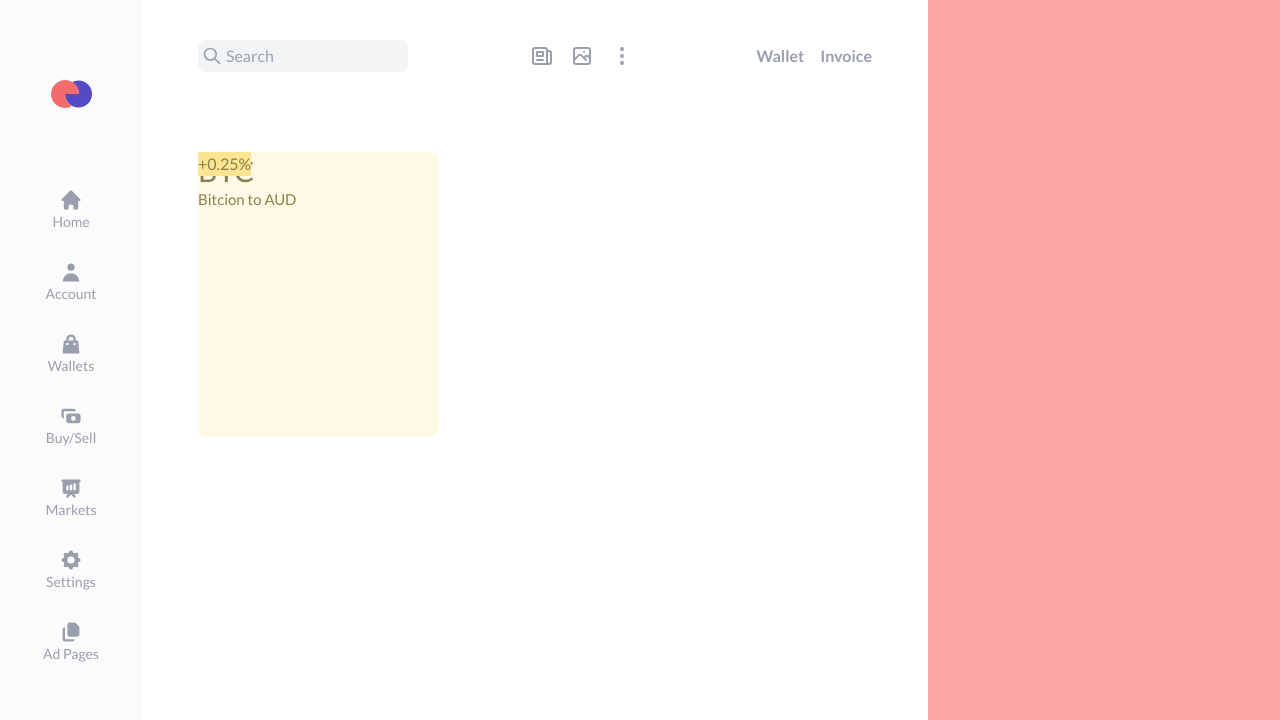
Repository: almaqdad55/crypto-app-nextjs
Page: /
An editor plug-in stored every save of this project. The page is shown before and after the next save, followed by the edit.
The browser window is 1280 px wide. The pictures show the whole page.
The project was rebuilt for these pictures with package versions that can differ from the ones it lists, and the page was loaded fresh each time. The framework's server and built-in components were replaced by stand-ins that run in the browser.

Above is the page before, as saved 2022-01-04 20:38:52.

### pages/index.js
import Head from 'next/head';
import Sidebar from '../components/Sidebar';
import Feed from '../components/Feed';
import Widget from '../components/Widget';

export default function Home() {
  return (
    <div className="">
      <Head>
        <title>Crypto Trade</title>
        <link rel="icon" href="/logo.svg" />
      </Head>

      <main className="flex">
        <Sidebar />
        <Feed />
        <Widget />
      </main>
    </div>
  );
}

### styles/globals.css
@import url('https://fonts.googleapis.com/css2?family=Lato:wght@300;400;700&display=swap');

@tailwind base;
@tailwind components;
@tailwind utilities;

@layer base {
  body {
    @apply bg-white font-Lato;
  }
}

@layer components {
  .icon-group {
    @apply flex flex-col  items-center text-sm cursor-pointer text-[#9A9FAD] hover:text-[#544AC3] transition duration-200;
  }
}

### components/Sidebar.jsx
import {
  HomeIcon,
  UserIcon,
  CashIcon,
  ShoppingBagIcon,
  PresentationChartBarIcon,
  CogIcon,
  DocumentDuplicateIcon,
} from '@heroicons/react/solid';

const Sidebar = () => {
  return (
    <div className="flex flex-col items-center  h-screen w-[142px]  bg-[#fbfbfb] ">
      <div className="mt-20">
        <img src="/logo.svg" alt="" />
      </div>
      <div className="mb-40 mt-20 flex flex-col space-y-7">
        <div className="icon-group group">
          <HomeIcon className="h-6 " />
          <span className="">Home</span>
        </div>
        <div className="icon-group group">
          <UserIcon className="h-6 " />
          <span className="">Account</span>
        </div>
        <div className="icon-group group">
          <ShoppingBagIcon className="h-6 " />
          <span className="">Wallets</span>
        </div>
        <div className="icon-group group ">
          <CashIcon className="h-6 " />
          <span className="">Buy/Sell</span>
        </div>
        <div className="icon-group group">
          <PresentationChartBarIcon className="h-6 " />
          <span className="">Markets</span>
        </div>
        <div className="icon-group group">
          <CogIcon className="h-6 " />
          <span className="">Settings</span>
        </div>
        <div className="icon-group group">
          <DocumentDuplicateIcon className="h-6 " />
          <span className="">Ad Pages</span>
        </div>
      </div>
    </div>
  );
};

export default Sidebar;

### components/Feed.jsx
import {
  DotsVerticalIcon,
  PhotographIcon,
  NewspaperIcon,
  SearchIcon,
} from '@heroicons/react/outline';

import Card from './Card';

// import { SearchIcon } from '@heroicons/react/solid';
const Feed = () => {
  return (
    <div className=" flex-grow  bg-white px-14 py-10 space-y-20">
      {/* Top Menu */}
      <div className="flex items-center  justify-between ">
        <div className="flex items-center bg-[#F2F4F5] rounded-lg p-1 space-x-1">
          <SearchIcon className="h-5 text-[#9A9FAD]" />
          <input
            type="text"
            placeholder={`Search`}
            className="outline-none bg-[#F2F4F5]"
          />
        </div>
        <div className="flex space-x-4 text-[#9A9FAD] ">
          <NewspaperIcon className="h-6 " />
          <PhotographIcon className="h-6 " />
          <DotsVerticalIcon className="h-6 " />
        </div>
        <div className="flex text-[16px] font-bold space-x-4 text-[#9A9FAD]  ">
          <p className="">Wallet</p>
          <p className="">Invoice</p>
        </div>
      </div>

      {/* Cards Display */}
      <div>
        <Card />
      </div>
    </div>
  );
};

export default Feed;

### components/Widget.jsx
const Widget = () => {
  return <div className="bg-red-300 min-w-[352px]"></div>;
};

export default Widget;

### components/Card.jsx
const Card = () => {
  return (
    <div className="w-[241px] h-[284px] bg-[#FDF9E5] rounded-lg relative text-[#8B7F50]">
      <div className="absolute bg-[#FBE591]">+0.25%</div>
      <h1 className="text-3xl ">BTC</h1>
      <p className="text-[15px]">Bitcion to AUD</p>
    </div>
  );
};

export default Card;

### tailwind.config.js
module.exports = {
  content: [
    './pages/**/*.{js,ts,jsx,tsx}',
    './components/**/*.{js,ts,jsx,tsx}',
  ],
  theme: {
    extend: {
      fontFamily: {
        Lato: ['Lato', 'sans-serif'],
      },
    },
  },
  plugins: [],
};

Loaded but not shown: pages/_app.js (common file)

After the next save:
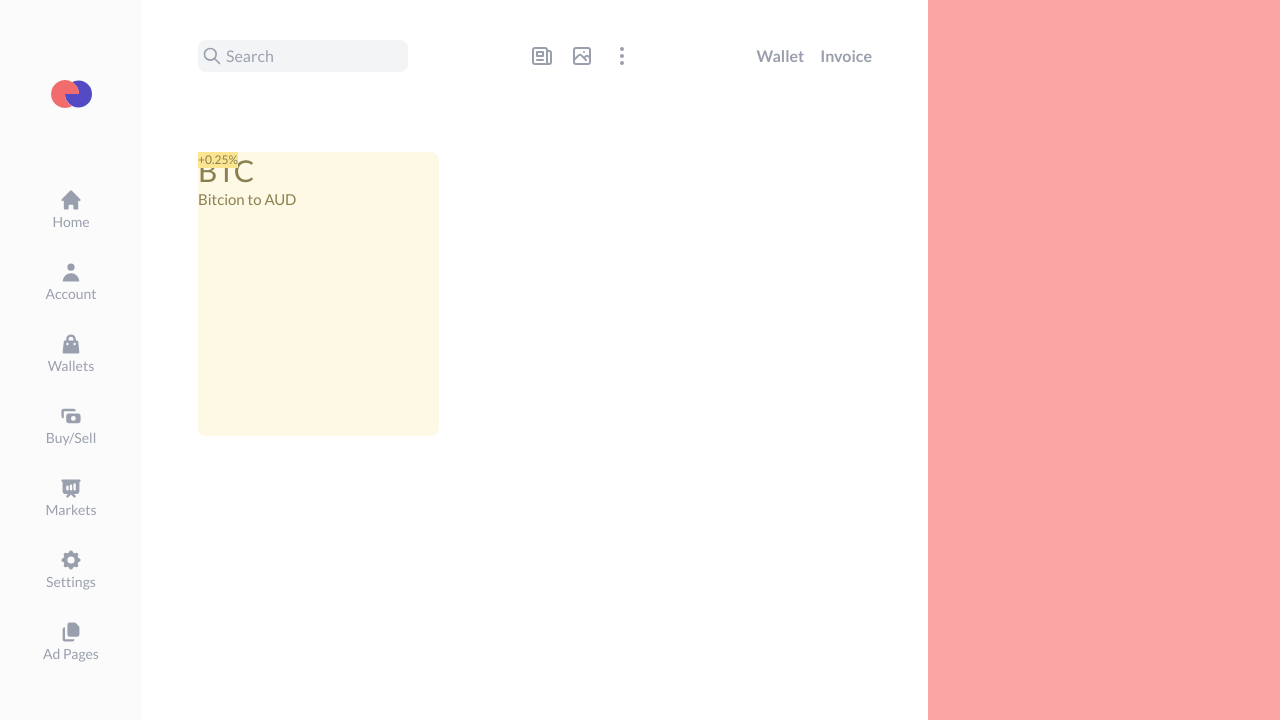
Saved 86 s later.
--- a/components/Card.jsx
+++ b/components/Card.jsx
@@ -1,7 +1,7 @@
 const Card = () => {
   return (
     <div className="w-[241px] h-[284px] bg-[#FDF9E5] rounded-lg relative text-[#8B7F50]">
-      <div className="absolute bg-[#FBE591]">+0.25%</div>
+      <div className="absolute bg-[#FBE591] text-[#8B7F50] text-xs">+0.25%</div>
       <h1 className="text-3xl ">BTC</h1>
       <p className="text-[15px]">Bitcion to AUD</p>
     </div>
